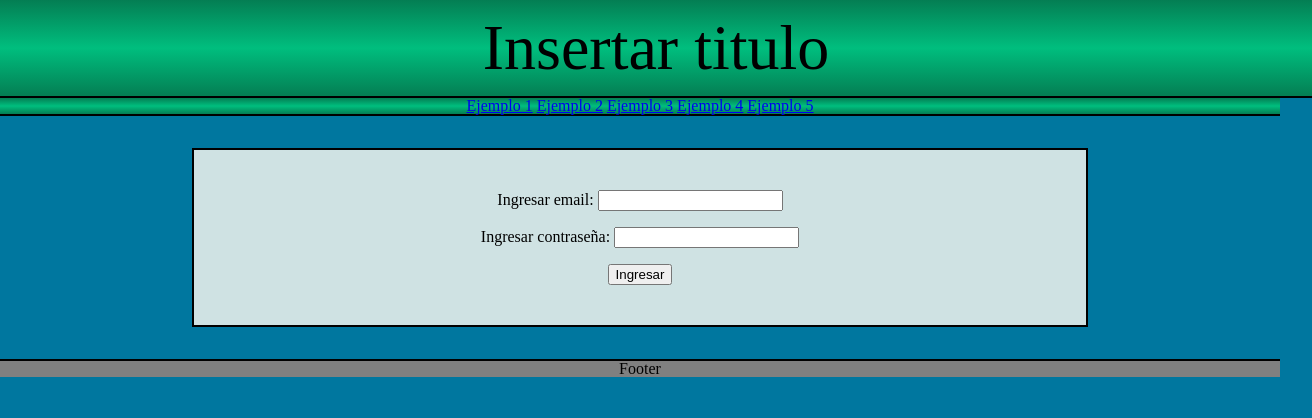
Repository: FacundoKinderknecht/Parcial-2-LPPA
Page: login/login.html
The author's editor kept a copy of each file at every save. The page is drawn from the files as they stood at one save, then again after the next save.
The browser window is 1280 px wide. The page is 1312 px wide, so the pictures cover 1312 px, including what lies to the right of the window. The pictures show the whole page.

Above is the page before, as saved 2022-07-06 10:24:29.

### login/login.html
<!DOCTYPE html>
<html lang="en">
<head>
    <meta charset="UTF-8">
    <meta http-equiv="X-UA-Compatible" content="IE=edge">
    <meta name="viewport" content="width=device-width, initial-scale=1.0">
    <title>Document</title>
    <link rel="stylesheet" href="/reset.css">
    <link rel="stylesheet" href="/login/login.css">
    <script src="/login/login.js"></script>
</head>
<body>
    <header>
        <h1>Insertar titulo</h1>
    </header>
    <nav>
        <li>
            <a href="#">Ejemplo 1</a>
            <a href="#">Ejemplo 2</a>
            <a href="#">Ejemplo 3</a>
            <a href="#">Ejemplo 4</a>
            <a href="#">Ejemplo 5</a>
        </li>
    </nav>
    <main>
        <form>
            <div class="email">
                <label for="email">Ingresar email:</label>
                <input type="text" name="email" id="email">
            </div>
            <div class="contraseña">
                <label for="contraseña">Ingresar contraseña:</label>
                <input type="password" name="contraseña" id="contraseña">
            </div>
            <div class="boton">
                <input type="submit" value="Ingresar">
            </div>
        </form>
    </main>
    <footer>
        <p>Footer</p>
    </footer>
</body>
</html>

### login/login.css
header{
    width: 100%;
    border-bottom: black 2px solid;
    padding: 1rem;
    font-size: 400%;
    background: linear-gradient(to top, rgb(4, 126, 83), rgb(0, 190, 126), rgb(4, 126, 83));
}
nav{
    background: linear-gradient(to top, rgb(4, 126, 83), rgb(0, 190, 126), rgb(4, 126, 83));
    display: block;
    border-bottom: black 2px solid;
    text-decoration: none;
}
li{
    text-decoration: none;
    list-style: none;
    color: black;
}
body{
    background-color: rgb(0, 119, 159);
    height: 100%;
    align-items: center;
    text-align: center;
    margin: 0;
}
main{
    display: inline-block;
    width: 70%;
    padding: 2rem;
}
form{
    background-color: rgb(207, 226, 227);  border: black solid 2px;
    padding: 2rem;
}
div{
    padding: 0.5rem;
}
footer{
    border-top: 2px solid black;
    background-color: grey;
    bottom: 0;
    width: 100%;
}

Loaded but not shown: reset.css (common file); login/login.js (no stored copy; drawn as an empty file)

After the next save:
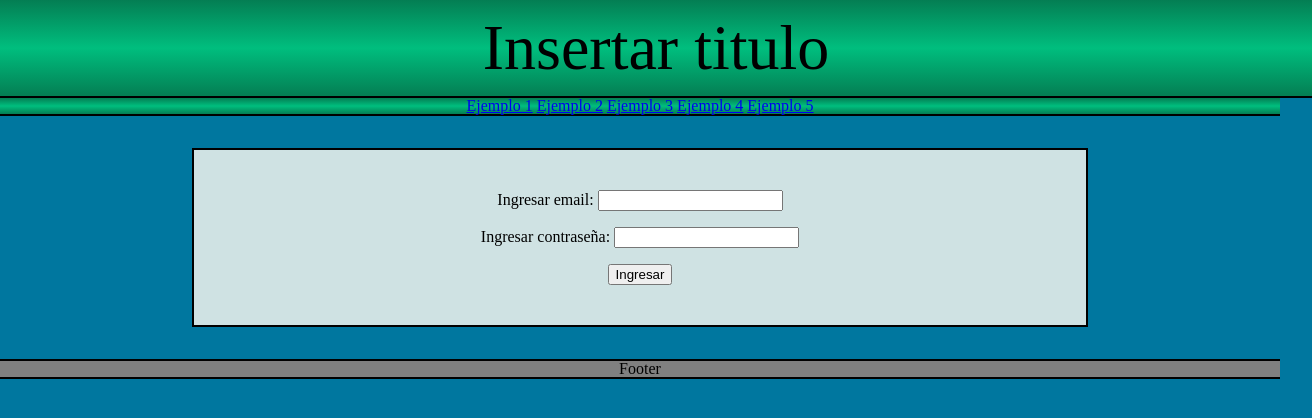
Saved 18 s later.
--- a/login/login.css
+++ b/login/login.css
@@ -37,6 +37,7 @@ div{
 }
 footer{
     border-top: 2px solid black;
+    border-bottom: 2px solid black;
     background-color: grey;
     bottom: 0;
     width: 100%;
